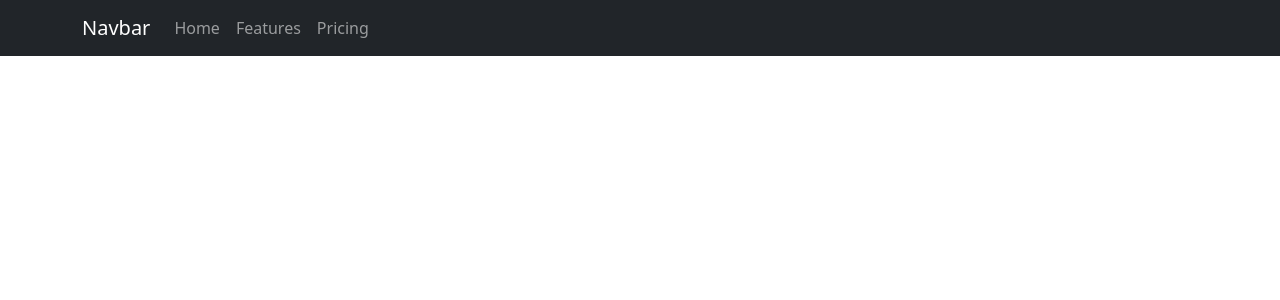
Repository: ankitgujre01/React-day-12
Page: / (app in crud/)
An editor plug-in stored every save of this project. The page is shown before and after a run of saves, followed by the edit.
The browser window is 1280 px wide. The pictures show the whole page.
The project was rebuilt for these pictures with package versions that can differ from the ones it lists, and the page was loaded fresh each time. Also part of the build but not shown: crud/vite.config.js, crud/src/css/style.css.

Above is the page before, as saved 2025-04-11 22:51:42.

After the next 5 saves:
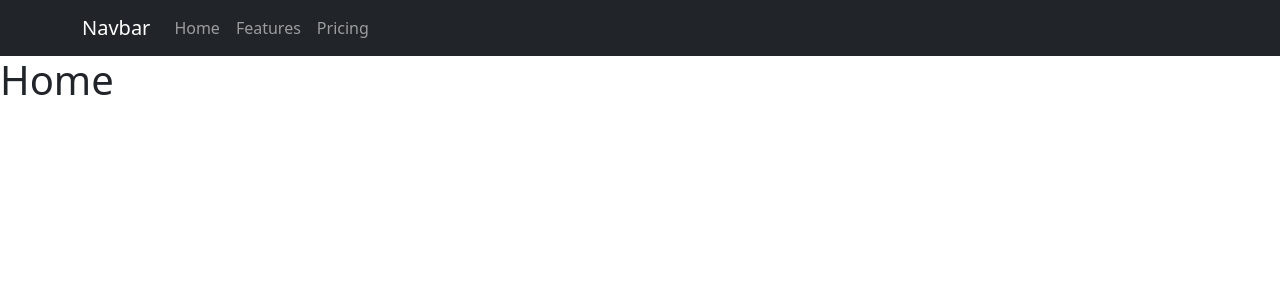
The 5 saves are shown as one change because they came seconds apart.
The last was saved 32 s later.
--- a/crud/src/Layout.jsx
+++ b/crud/src/Layout.jsx
@@ -1,8 +1,10 @@
+import { Outlet } from "react-router-dom";
 import TopNav from "./components/TopNav";
 const Layout = () => {
   return (
       <>
-        <TopNav/>
+          <TopNav />
+          <Outlet/>
       </>
   )
 }
